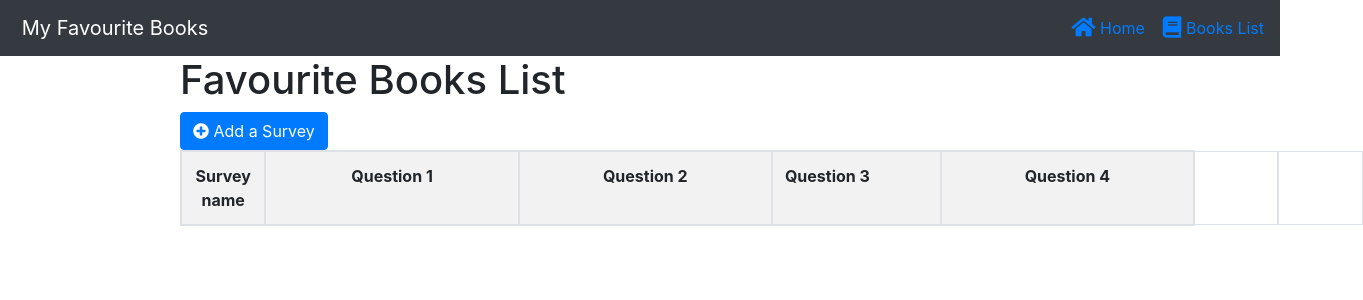
Repository: lord-NAVY/titans
Page: http://localhost/book-list
These files come from the project's save history. The page is drawn as it stood at one moment and after the next save; the edit follows.
The browser window is 1280 px wide. The page is 1363 px wide, then 1291 px, so the pictures cover 1363 px, including what lies to the right of the window. The pictures show the whole page.
The page is served by the project's Node server (server.js). Other server files are loaded and not shown. Queries for data that is not in the repository find no rows.

Above is the page before, as saved 2021-11-09 20:55:15.

### server/views/book/index.ejs
<%- include ../partials/header.ejs %>

<%- include ../partials/main_nav.ejs %>


  <!-- Main Content -->
  <main class="container">
    <div class="row">
        <div class="offset-md-1 col-md-11">
            <h1>Favourite Books List</h1>

            <!-- FIX THE ADD BUTTON BELOW -->
            <a href="/book-list/add" class="btn btn-primary" role="button">
            <i class="fas fa-plus-circle"></i> Add a Survey</a>
            <br>
            <table class="table table-bordered table-striped table-hover">
                <!-- Header Row-->
                <tr class="d-flex">
                    <th class="text-center col-1">Survey name</th>
                    <th class="text-center col-3">Question 1</th>
                    <th class="text-center col-3">Question 2</th>
                    <th class="col-2">Question 3</th>
                    <th class="text-center col-3">Question 4</th>
                    <th class="text-center col-1"></th>
                    <th class="text-center col-1"></th>
                </tr>

                <!-- Repeatable Template Row -->

                <% for(let count = 0; count < BookList.length; count++) { %>
                    <tr class="d-flex">
                        <td class="text-center col-2"><%= BookList[count].Title%></td>
                        <td class="text-center col-4"><%= BookList[count].Description %></td>
                        <td class="text-center col-1"><%= BookList[count].Price%></td>
                        <td class="col-2"><%= BookList[count].Author %></td>
                        <td class="text-center col-1"><%= BookList[count].Genre %></td>
                        <td class="text-center col-1">

                    <!-- ADD the EDIT BUTTON HERE -->


                            <a href="/book-list/edit/<%= BookList[count]._id %>" class="btn btn-primary btn-sm">
                            <i class="fas fa-pencil-alt"></i> Edit</a>
                        </td>
                        <td class="text-center col-1">

                         <!-- ADD the DELETE BUTTON HERE -->
                            <a href="/book-list/delete/<%= BookList[count]._id %>" class="btn btn-danger btn-sm">
                            <i class="fas fa-trash-alt"></i> Delete</a>
                        </td>
                    </tr>
                <% } %>
            </table>
        </div>
    </div>
  </main>

### server/views/partials/main_nav.ejs
<!-- Main Navigation -->
  <nav class="navbar navbar-expand-lg navbar-dark bg-dark">
      <a class="navbar-brand" href="/"><i class="fa fa-bookmark-o"></i> My Favourite Books</a>
    <button class="navbar-toggler" type="button" data-toggle="collapse" data-target="#navbarSupportedContent" aria-controls="navbarSupportedContent" aria-expanded="false" aria-label="Toggle navigation">
      <span class="navbar-toggler-icon"></span>
    </button>

    <div class="collapse navbar-collapse" id="navbarSupportedContent">
      <ul class="navbar-nav ml-auto">

           <% if(title == "Home") { %>
          <li class="active"><a href="/"><i class="fa fa-home fa-lg"></i> Home   &nbsp; &nbsp; </a></li>
        <% } else { %>
          <li><a href="/"><i class="fa fa-home fa-lg"></i> Home &nbsp; &nbsp;   </a></li>
        <% } %>

          <% if(title == "books") { %>
          <li class="active"><a href="/books"><i class="fa fa-book fa-lg">
          </i>    Books List</a></li>
          <% } else { %>
            <li><a href="/book-list"><i class="fa fa-book fa-lg">
            </i>   Books List</a></li>
          <% } %>
</ul>
    </div>
  </nav>

### server.js
#!/usr/bin/env node

/* server.js
Students's name: Arshpreet Singh
StudentID: 301174738
Date: 31 October, 2021
*/

/**
 * Module dependencies.
 */

var app = require('./server/config/app');
var debug = require('debug')('week-4:server');
var http = require('http');

/**
 * Get port from environment and store in Express.
 */

var port = normalizePort(process.env.PORT || '3000');
app.set('port', port);

/**
 * Create HTTP server.
 */

var server = http.createServer(app);

/**
 * Listen on provided port, on all network interfaces.
 */

server.listen(port);
server.on('error', onError);
server.on('listening', onListening);

/**
 * Normalize a port into a number, string, or false.
 */

function normalizePort(val) {
  var port = parseInt(val, 10);

  if (isNaN(port)) {
    // named pipe
    return val;
  }

  if (port >= 0) {
    // port number
    return port;
  }

  return false;
}

/**
 * Event listener for HTTP server "error" event.
 */

function onError(error) {
  if (error.syscall !== 'listen') {
    throw error;
  }

  var bind = typeof port === 'string'
    ? 'Pipe ' + port
    : 'Port ' + port;

  // handle specific listen errors with friendly messages
  switch (error.code) {
    case 'EACCES':
      console.error(bind + ' requires elevated privileges');
      process.exit(1);
      break;
    case 'EADDRINUSE':
      console.error(bind + ' is already in use');
      process.exit(1);
      break;
    default:
      throw error;
  }
}

/**
 * Event listener for HTTP server "listening" event.
 */

function onListening() {
  var addr = server.address();
  var bind = typeof addr === 'string'
    ? 'pipe ' + addr
    : 'port ' + addr.port;
  debug('Listening on ' + bind);
}

### server/controllers/book.js
/* book.js
Students's name: Arshpreet Singh
StudentID: 301174738
Date: 31 October, 2021
Web app name: COMP229-F2021-MidTerm-301174738
*/

let express = require('express');
let router = express.Router();
let mongoose = require('mongoose');

// create a reference to the model
let Book = require('../models/book');

module.exports.displayBookList = (req, res, next) => {
    Book.find((err, bookList) => {
        if(err)
        {
            return console.error(err);
        }
        else
        {
            //console.log(BookList);

            res.render('book/index', {title: 'Books', BookList: bookList});
        }
    });
}

module.exports.displayAddPage = (req, res, next) => {
    res.render('book/details', {title: 'Add Book'})
}

module.exports.processAddPage = (req, res, next) => {
    let newBook = Book({
        "Title": req.body.Title,
        "Author": req.body.Author,
        "Genre": req.body.Genre,
        "Description": req.body.Description,
        "Price": req.body.Price
    });

    Book.create(newBook, (err, Book) =>{
        if(err)
        {
            console.log(err);
            res.end(err);
        }
        else
        {
            // refresh the book list
            res.redirect('/book-list');
        }
    });

}

module.exports.displayEditPage = (req, res, next) => {
    let id = req.params.id;

    Book.findById(id, (err, bookToEdit) => {
        if(err)
        {
            console.log(err);
            res.end(err);
        }
        else
        {
            //show the edit view
            res.render('book/edit', {title: 'Edit Book', book: bookToEdit})
        }
    });
}

module.exports.processEditPage = (req, res, next) => {
    let id = req.params.id

    let updatedBook = Book({
        "_id": id,
        "Title": req.body.Title,
        "Author": req.body.Author,
        "Genre": req.body.Genre,
        "Description": req.body.Description,
        "Price": req.body.Price
    });

    Book.updateOne({_id: id}, updatedBook, (err) => {
        if(err)
        {
            console.log(err);
            res.end(err);
        }
        else
        {
            // refresh the book list
            res.redirect('/book-list');
        }
    });
}

module.exports.performDelete = (req, res, next) => {
    let id = req.params.id;

    Book.remove({_id: id}, (err) => {
        if(err)
        {
            console.log(err);
            res.end(err);
        }
        else
        {
             // refresh the book list
             res.redirect('/book-list');
        }
    });
}

### public/Content/app.css
/* app.css
Students's name: Arshpreet Singh
StudentID: 301174738
Date: 31 October, 2021
Web app name: COMP229-F2021-MidTerm-301174738
*/

/* custom css goes here */

Loaded but not shown: server/views/partials/header.ejs (common file)

After the next save:
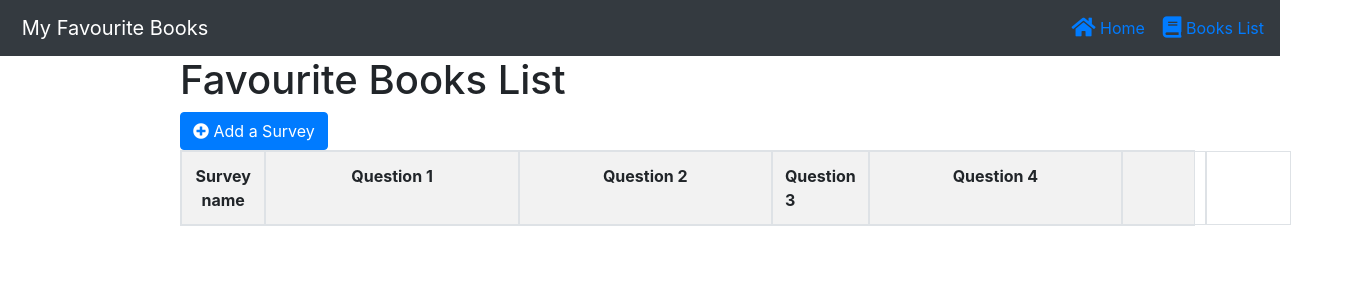
Saved 19 s later.
--- a/server/views/book/index.ejs
+++ b/server/views/book/index.ejs
@@ -19,7 +19,7 @@
                     <th class="text-center col-1">Survey name</th>
                     <th class="text-center col-3">Question 1</th>
                     <th class="text-center col-3">Question 2</th>
-                    <th class="col-2">Question 3</th>
+                    <th class="col-2.5">Question 3</th>
                     <th class="text-center col-3">Question 4</th>
                     <th class="text-center col-1"></th>
                     <th class="text-center col-1"></th>
